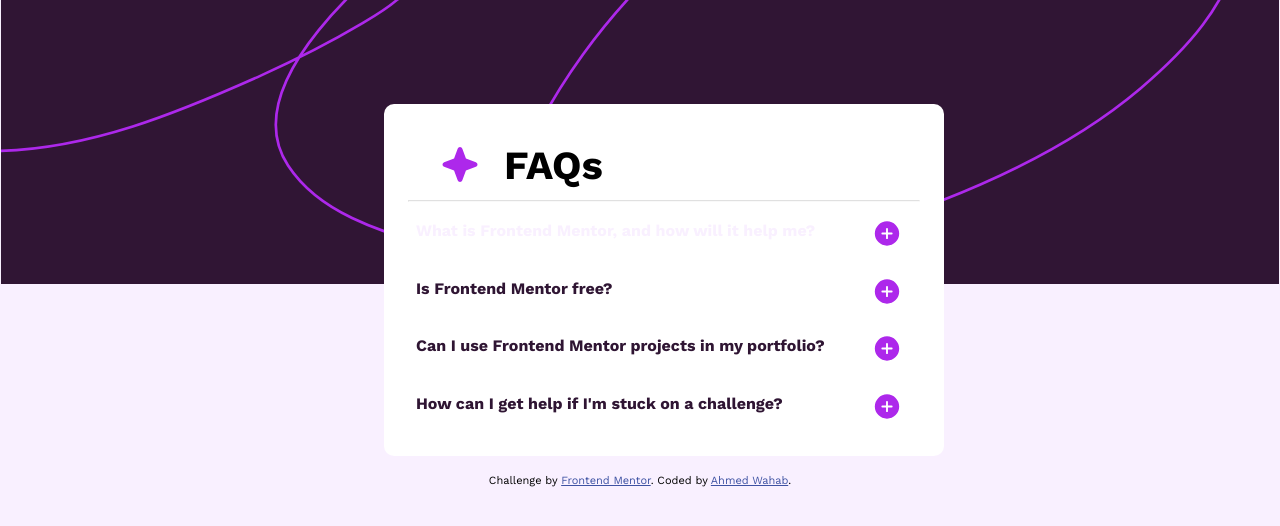
Repository: imokha01/accordion-main
Page: index.html
The author's editor kept a copy of each file at every save. The page is drawn from the files as they stood at one save, then again after a run of saves.
The browser window is 1280 px wide. The pictures show the whole page.
The pointer rests on the first visible `.title p`.

Above is the page before, as saved 2023-12-27 23:54:21.

### index.html
<!DOCTYPE html>
<html lang="en">
  <head>
    <meta charset="UTF-8" />
    <meta name="viewport" content="width=device-width, initial-scale=1.0" />
    <!-- displays site properly based on user's device -->
    <link rel="stylesheet" href="./index.css">
    <link
      rel="stylesheet"
      href="https://cdnjs.cloudflare.com/ajax/libs/font-awesome/6.5.1/css/all.min.css"
      integrity="sha512-DTOQO9RWCH3ppGqcWaEA1BIZOC6xxalwEsw9c2QQeAIftl+Vegovlnee1c9QX4TctnWMn13TZye+giMm8e2LwA=="
      crossorigin="anonymous"
      referrerpolicy="no-referrer"
    />
    <link
      rel="icon"
      type="image/png"
      sizes="32x32"
      href="./assets/images/favicon-32x32.png"
    />
    <link rel="preconnect" href="https://fonts.googleapis.com" />
    <link rel="preconnect" href="https://fonts.gstatic.com" crossorigin />
    <link
      href="https://fonts.googleapis.com/css2?family=Work+Sans:wght@400;600;700&display=swap"
      rel="stylesheet"
    />
    <title>Frontend Mentor | FAQ accordion</title>
    <!-- Feel free to remove these styles or customise in your own stylesheet 👍 -->
    <style>
      .attribution {
        font-size: 11px;
        text-align: center;
        margin-top: 1rem;
      }
      .attribution a {
        color: hsl(228, 45%, 44%);
      }
    </style>
  </head>
  <body>
    <div class="container">
      <div class="wrapper">
        <!-- first div content -->
        <main>
          <div id="header">
            <img src="./assets/images/icon-star.svg" alt="star-icon">
            <p id="headerpara">FAQs</p>
          </div>
          <hr>
          <div class="Div" id="div1">
            <div class="title">
              <p class="question">What is Frontend Mentor, and how will it help me?</p>
            </div>
            <div class="para">
              <p id="para1">
                Frontend Mentor offers realistic coding challenges to help developers
                improve their frontend coding skills with projects in HTML, CSS, and
                JavaScript. It's suitable for all levels and ideal for portfolio
                building.
              </p>
            </div>
          </div>
          <!-- second div content -->
          <div class="Div" id="div2">
            <div class="title">
              <p class="question">Is Frontend Mentor free?</p>
            </div>
            <div class="para">
              <p id="para2">
                Yes, Frontend Mentor offers both free and premium coding challenges,
                with the free option providing access to a range of projects suitable
                for all skill levels.
              </p>
            </div>
          </div>
          <!-- third div content -->
          <div class="Div" id="div3">
            <div class="title">
              <p class="question">Can I use Frontend Mentor projects in my portfolio?</p>
            </div>
            <div class="para">
              <p id="para3">
                Yes, you can use projects completed on Frontend Mentor in your
                portfolio. It's an excellent way to showcase your skills to potential
                employers!
              </p>
            </div>
          </div>
          <!-- fourth div content -->
          <div class="Div" id="div4">
            <div class="title">
              <p class="question">How can I get help if I'm stuck on a challenge?</p>
            </div>
            <div class="para">
              <p id="para4">
                The best place to get help is inside Frontend Mentor's Discord
                community. There's a help channel where you can ask questions and seek
                support from other community members.
              </p>
            </div>
          </div>
        </main>
        <!-- footer div -->
        <div class="attribution">
          Challenge by
          <a href="https://www.frontendmentor.io?ref=challenge" target="_blank"
            >Frontend Mentor</a
          >. Coded by <a href="#">Ahmed Wahab</a>.
        </div>
      </div>
    </div>
    <script src="./index.js"></script>
  </body>
</html>

### index.css
:root {
    --White: hsl(0, 0%, 100%);
    --lightPink: hsl(275, 100%, 97%);
    --grayishPurple: hsl(292, 16%, 49%);
    --darkPurple:  hsl(292, 42%, 14%);
    --workSans: 'Work Sans', sans-serif;
}

* {
    margin: 0;
    padding:0;
    box-sizing: border-box;
}

body {
    font-size: 16px;
    font-family: var(--workSans);
    background-color: var(--lightPink);
    position: relative;
    line-height: 1.6;
}

.container  {
    background-image: url("./assets/images/background-pattern-desktop.svg");
    background-repeat: no-repeat;
    background-size: contain;
    display: flex;
    flex-direction: column;
    justify-content: center;
    align-items: center;
    overflow: hidden;
}

hr {
    background-color: var(--lightPink);
    margin-top: .7rem;
    opacity: 0.3;
}

.wrapper {
    width: 35rem;
    padding: 1.5rem;
    left: 30rem;
    border-radius: 10px;
    transition: height 0.5s ease-in 1ms;
}

main  {
    background-color: #fff;
    border-radius: 10px;
    padding: inherit;
    width: inherit;
    overflow: hidden;
    margin-top: 5rem;
    transition: height 0.5s ease-in 1ms;
    overflow: hidden;
}

#headerpara {
    font-size: 2.5rem;
    font-weight: 700;
    margin : -.6rem 1.5rem;

}

#header > img{
    padding-left: 2rem;
}

div#header {
    display: flex;
    flex-direction: row;
    justify-content: flex-start;
    align-items: flex-start;
    width: 10rem;
    margin-top: 1rem;
}

.Div {
    display: flex;
    flex-direction: column;
    justify-content: space-between ;
    padding: 1rem .5rem;
    height: fit-content;
    transition: height 0.5s ease-in;

}

.title {
    display: flex;;
    justify-content: space-between;
}

.Div div  img {
    cursor: pointer;
}

.title p {
    font-weight: 700;
    color: var(--darkPurple);
    cursor: pointer;
}

.para {
    color: var(--grayishPurple);
    margin-top: 1.2rem;
    transition: height 0.5s ease-in 1s;
    overflow: hidden;
    display: none;
}

.title{
    position: relative;
    width: 90%;

}

.title p:hover {
    color: var(--lightPink);
}

.title::after{
    content:  url(./assets/images/icon-plus.svg);
    position: absolute;
    right: -40px;
}

.active::after{
    content: url(./assets/images/icon-minus.svg);
    right: -40px;

}

.active, .question:hover {
    content: "";
}

@media (max-width: 768px){
    .container {
        background-image: url(./assets/images/background-pattern-mobile.svg);
        margin: 0;
    }

    .wrapper, main {
        width: 100%;
        margin: 3rem -.1rem ;
    }

    .title {
        width: 14rem;
    }

    .title::after,
    .active::after {
        right: -3.2rem;
    }


    .para {
        font-size: .85rem;
    }

    #header > img{
        padding-left: 1rem;
        width: 3rem;
    }

    #headerpara {
        font-size: 2.2rem;
        font-weight: 700;


    }

}

### index.js
// const answer = document.getElementsByClassName("para");
const question = document.getElementsByClassName("title");

for (let i = 0; i < question.length; i++ ) {
    question[i].addEventListener("click", function(){
        this.classList.toggle("active");
        let active = this.addEventListener.nextElementSibling;
        let para = this.nextElementSibling;
        if(para.style.display === "block"){
            para.style.display = "none";
        } else {
            para.style.display = "block";
        }
    });
}





// var acc = document.getElementsByClassName("accordion");
// var i;

// for (i = 0; i < acc.length; i++) {
//   acc[i].addEventListener("click", function() {
//     /* Toggle between adding and removing the "active" class,
//     to highlight the button that controls the panel */
//     this.classList.toggle("active");

//     /* Toggle between hiding and showing the active panel */
//     var panel = this.nextElementSibling;
//     if (panel.style.display === "block") {
//       panel.style.display = "none";
//     } else {
//       panel.style.display = "block";
//     }
//   });
// }

After the next 5 saves:
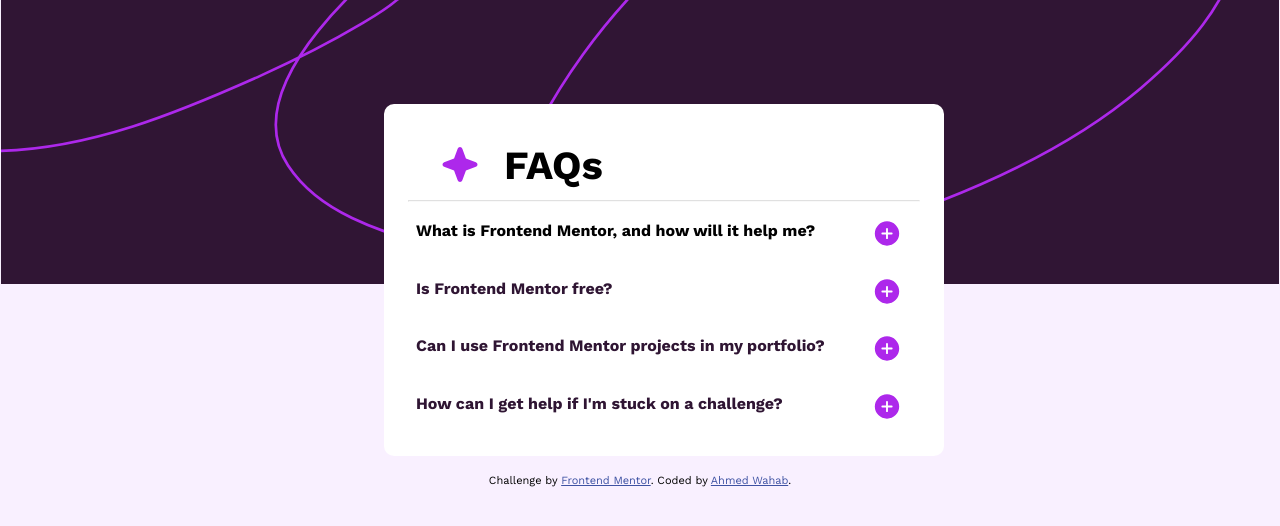
The 5 saves are shown as one change because they came seconds apart.
The last was saved 14 s later.
--- a/index.css
+++ b/index.css
@@ -116,7 +116,7 @@
 }
 
 .title p:hover {
-    color: var(--lightPink);
+    color: var(--g);
 }
 
 .title::after{
